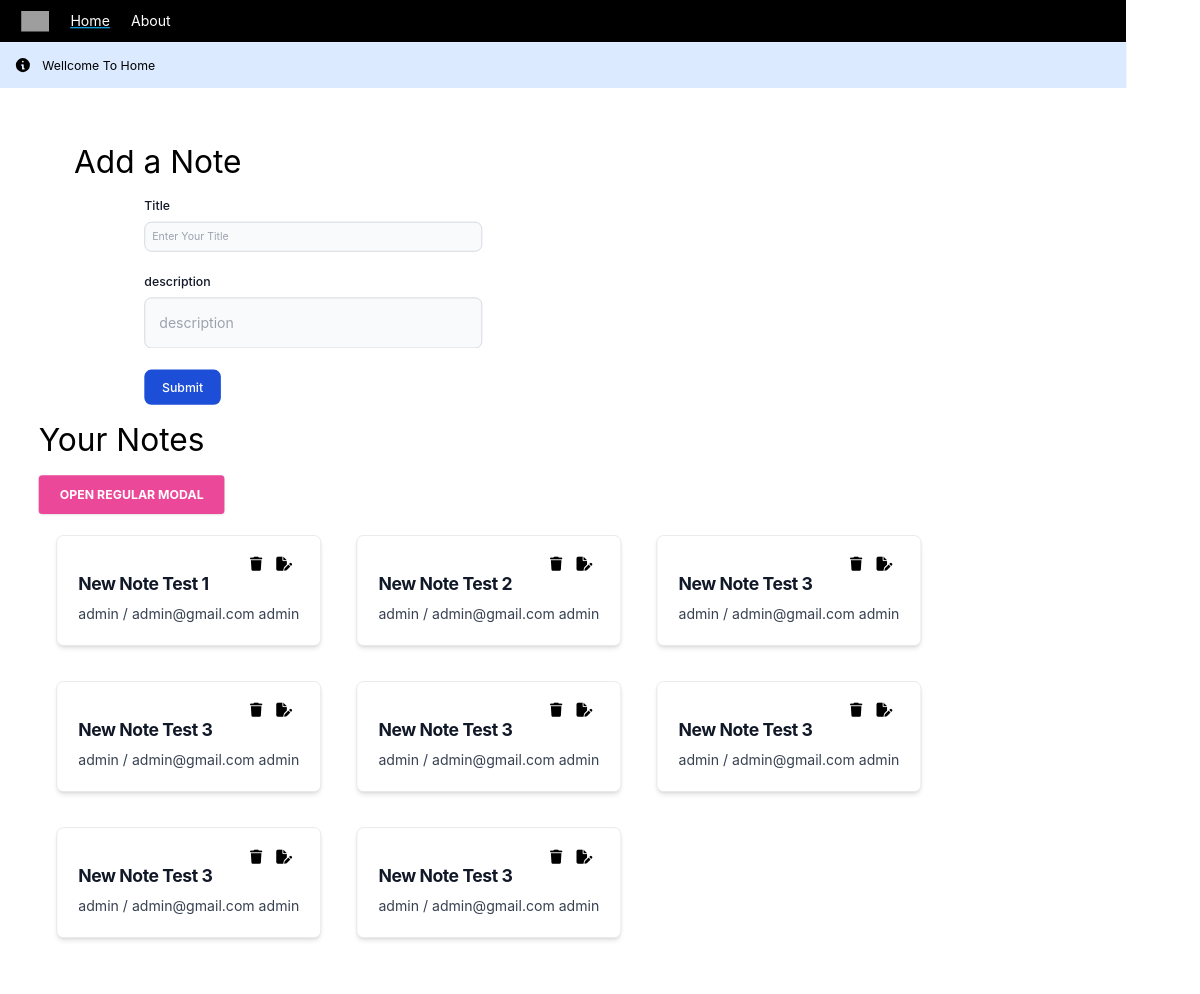
Repository: sonawaneteju4/iNote
Page: /
These files come from the project's save history. The page is drawn as it stood at one moment and after the next save; the edit follows.
The browser window is 1280 px wide. The page is 1364 px wide, then 1324 px, so the pictures cover 1364 px, including what lies to the right of the window. The pictures show the whole page, at 88% of full size.
Pictures or frames that could not be fetched are drawn as grey boxes. Some web libraries are served in a nearby version. The project was rebuilt for these pictures with package versions that can differ from the ones it lists, and the page was loaded fresh each time. Also part of the build but not shown: src/components/About.js.

Above is the page before, as saved 2022-10-10 20:07:31.

After the next save:
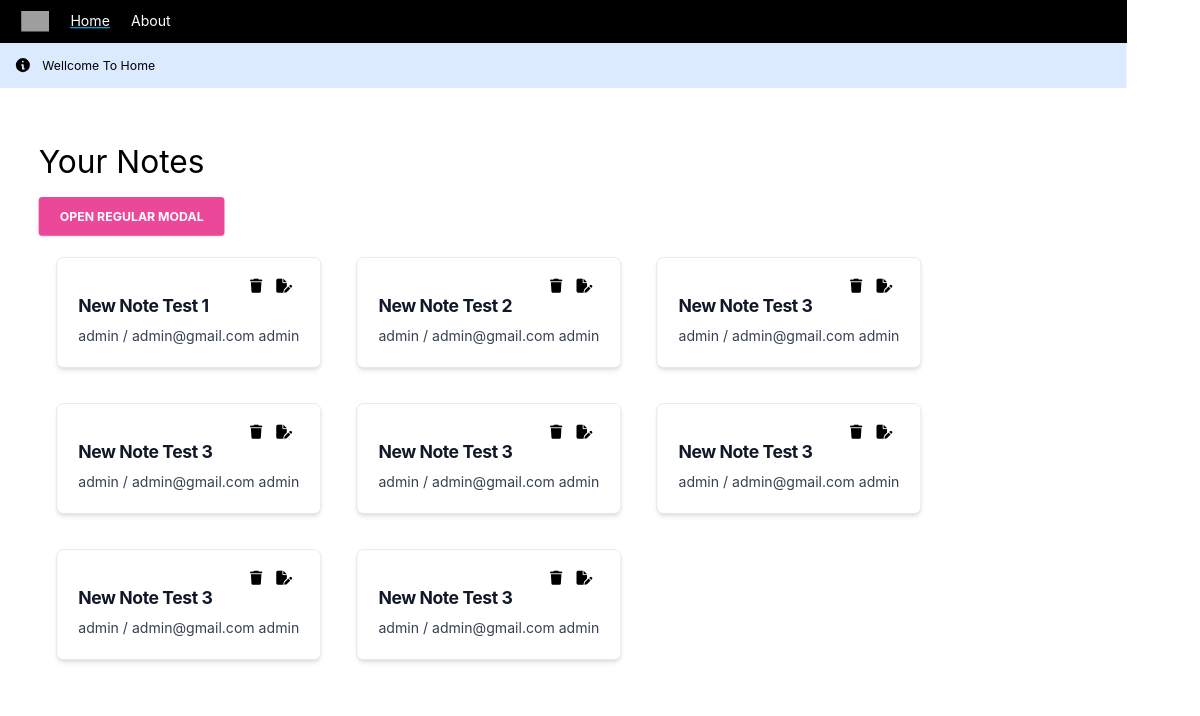
Saved 16 s later.
--- a/src/components/Notes.js
+++ b/src/components/Notes.js
@@ -10,7 +10,6 @@ const Notes = () => {
     const {notes, addNote} = context
   return (
     <div>
-        <AddNote/>
       <h1 className='py-5 text-4xl'>Your Notes</h1>
 
       <button
@@ -36,7 +35,7 @@ const Notes = () => {
                   <button
                     className="p-1 ml-auto bg-transparent border-0 text-black opacity-5 float-right text-3xl leading-none font-semibold outline-none focus:outline-none"
                     onClick={() => setShowModal(false)}
-                  >
+                    >
                     <span className="bg-transparent text-black opacity-5 h-6 w-6 text-2xl block outline-none focus:outline-none">
 
                     </span>
@@ -44,6 +43,7 @@ const Notes = () => {
                 </div>
                 {/*body*/}
 
+                    <AddNote/>
                 {/*footer*/}
                 <div className="flex items-center justify-end p-6 border-t border-solid border-slate-200 rounded-b">
                   <button
